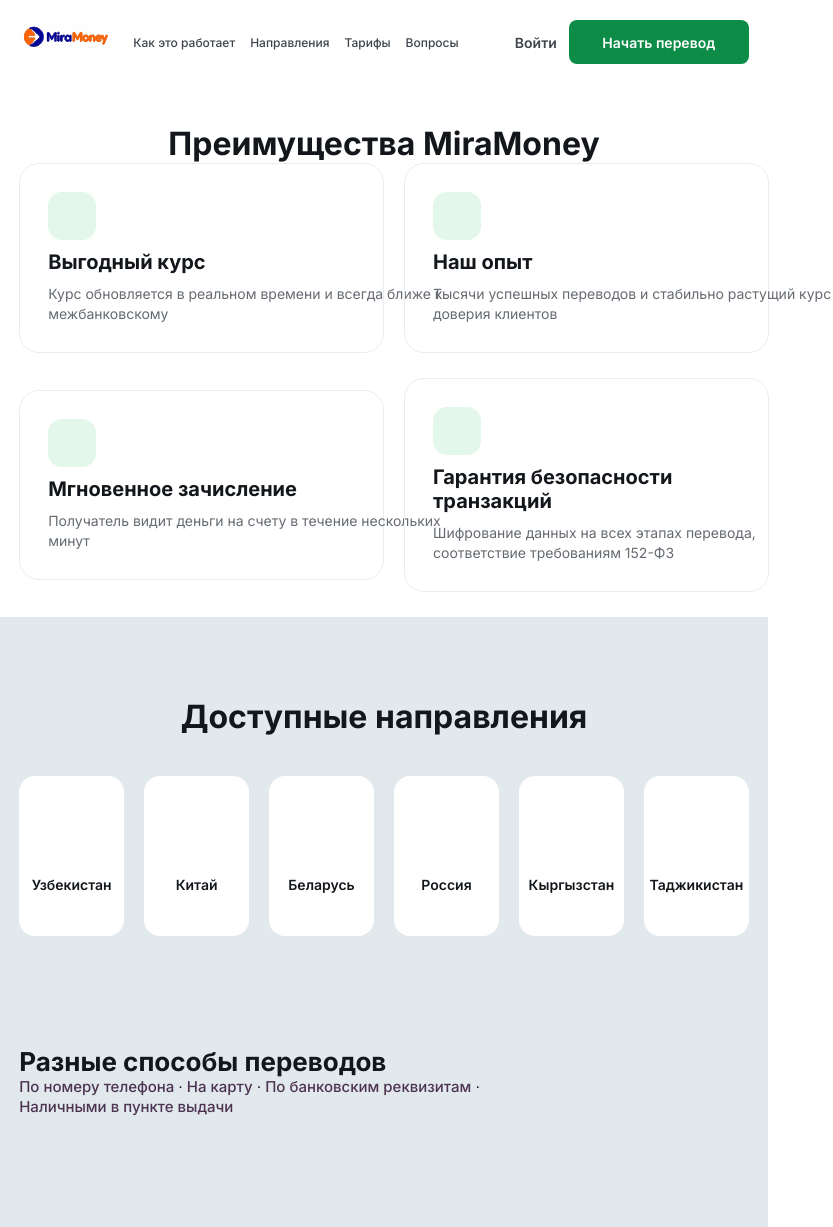
Repository: Shaiyr1/mira-money
Page: index.html
An editor plug-in stored every save of this project. The page is shown before and after a run of saves, followed by the edit.
The browser window is 768 px wide. The page is 833 px wide, then 768 px, so the pictures cover 833 px, including what lies to the right of the window. The pictures show the whole page.

Above is the page before, as saved 2026-10-23 17:03:18.

After the next 2 saves:
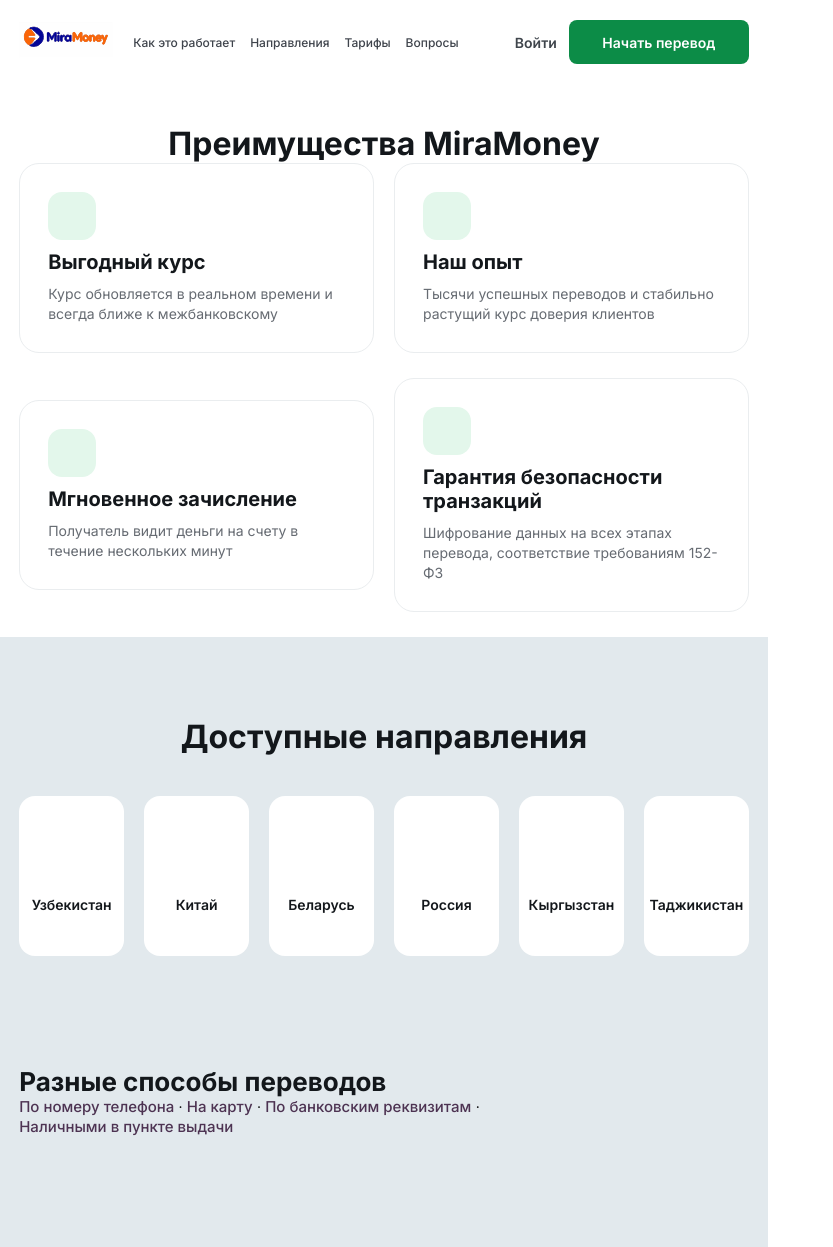
The 2 saves are shown as one change because they came seconds apart.
The last was saved 52 s later.
--- a/src/css/style.css
+++ b/src/css/style.css
@@ -241,4 +241,7 @@
         white-space: nowrap;
         font-size: 12px;
     }
-}
+    .advantages-block__subtitle {
+        width: 100%;
+    }
+}
